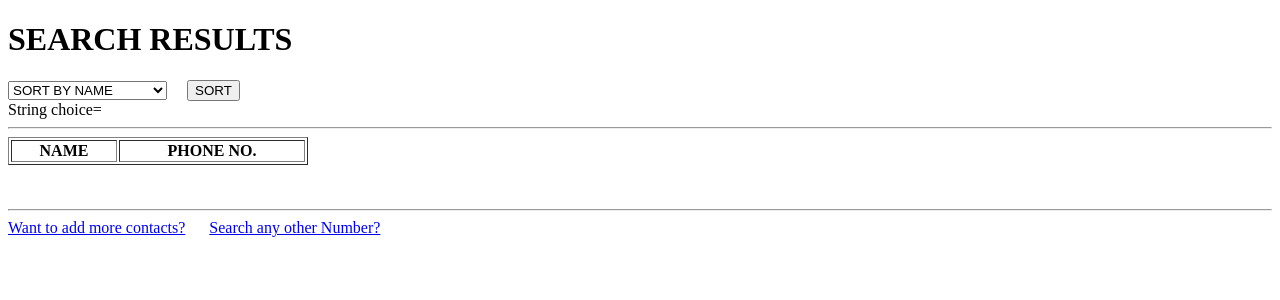
Repository: nikhilbad7/jsp-practicals
Page: http://localhost/classwork/exp13search.jsp
An editor plug-in stored every save of this project. The page is shown before and after the next save, followed by the edit.
The browser window is 1280 px wide. The pictures show the whole page.
The page is served by Tomcat 9. The database holds what the project's SQL file puts in it.

Above is the page before, as saved 2018-04-12 09:19:37.

### classwork/WebContent/exp13search.jsp
<!DOCTYPE HTML PUBLIC "-//W3C//DTD HTML 4.01 Transitional//EN"
"http://www.w3.org/TR/html4/loose.dtd">
<%@ page import="java.sql.*" %>
<%@ page import="java.io.*" %>
<html>
<head>
<title>SEARCH RESULTS</title>
</head>
<body>
<h1>SEARCH RESULTS </h1>
<%
try {
/* Create string of connection url within specified format with machine name,
port number and database name. Here machine name id localhost and database name
is usermaster. */
//String connectionURL = "jdbc:mysql://localhost:3306/usermaster";
// declare a connection by using Connection interface
//Connection connection = null;
// Load JBBC driver "com.mysql.jdbc.Driver".
String name = request.getParameter("name");
Class.forName("com.mysql.jdbc.Driver");
/* Create a connection by using getConnection() method that takes parameters of
string type connection url, user name and password to connect to database. */
Connection con= DriverManager.getConnection("jdbc:mysql://localhost:3306/phone","root","");
// check weather connection is established or not by isClosed() method
Statement stmt=con.createStatement();
String q = "select * from contacts where name='"+name+"'";
ResultSet rs=stmt.executeQuery(q);
%>
<form action="">
<select name="sort">
		<option>SORT BY NAME</option>
		<option>SORT BY PHONE NO.</option>
</select> &nbsp;&nbsp;&nbsp;
<input type="submit" value="SORT" />
</form>
String choice=
<hr/>
<table border=1 width=300px>
<tr>
	<th>NAME</th>
	<th>PHONE NO.</th>

</tr> <%
while(rs.next()){
	String resultname = rs.getString("name");
	String num = rs.getString("phone");
	out.print("<tr><td>"+resultname+"</td><td>"+num+"</td></tr>");

}
%>
</table><br><br><hr/>
<a href="exp13add.html">Want to add more contacts?</a>
&nbsp;&nbsp;&nbsp;&nbsp;
<a href="exp13.html">Search any other Number?</a>
<%
con.close();
}
catch(Exception ex){
ex.printStackTrace();
}
%>

</body>
</html>

### classwork/database/phone.sql (the tables this page reads)
CREATE TABLE `contacts` (
  `name` varchar(255) NOT NULL,
  `phone` varchar(50) NOT NULL
) ENGINE=InnoDB DEFAULT CHARSET=latin1;

INSERT INTO `contacts` (`name`, `phone`) VALUES
('Nikhil Badani', '9691441118'),
('Nikhil Singh', '9098187775');

After the next save:
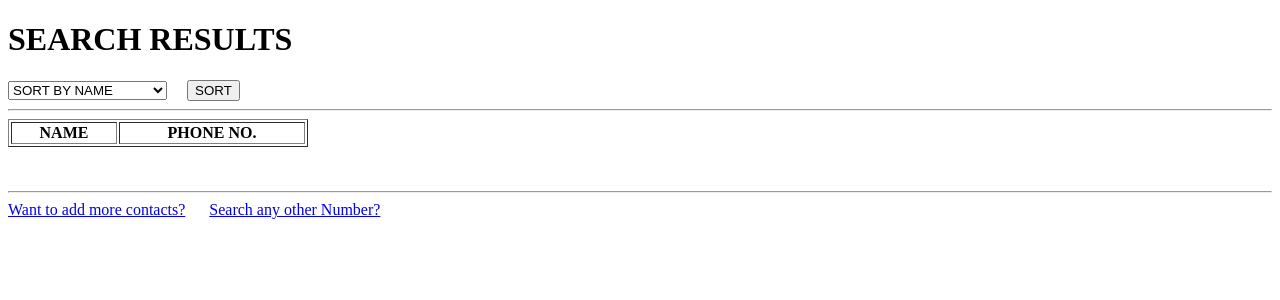
Saved 23 s later.
--- a/classwork/WebContent/exp13search.jsp
+++ b/classwork/WebContent/exp13search.jsp
@@ -34,7 +34,7 @@ ResultSet rs=stmt.executeQuery(q);
 </select> &nbsp;&nbsp;&nbsp;
 <input type="submit" value="SORT" />
 </form>
-String choice=
+
 <hr/>
 <table border=1 width=300px>
 <tr>
